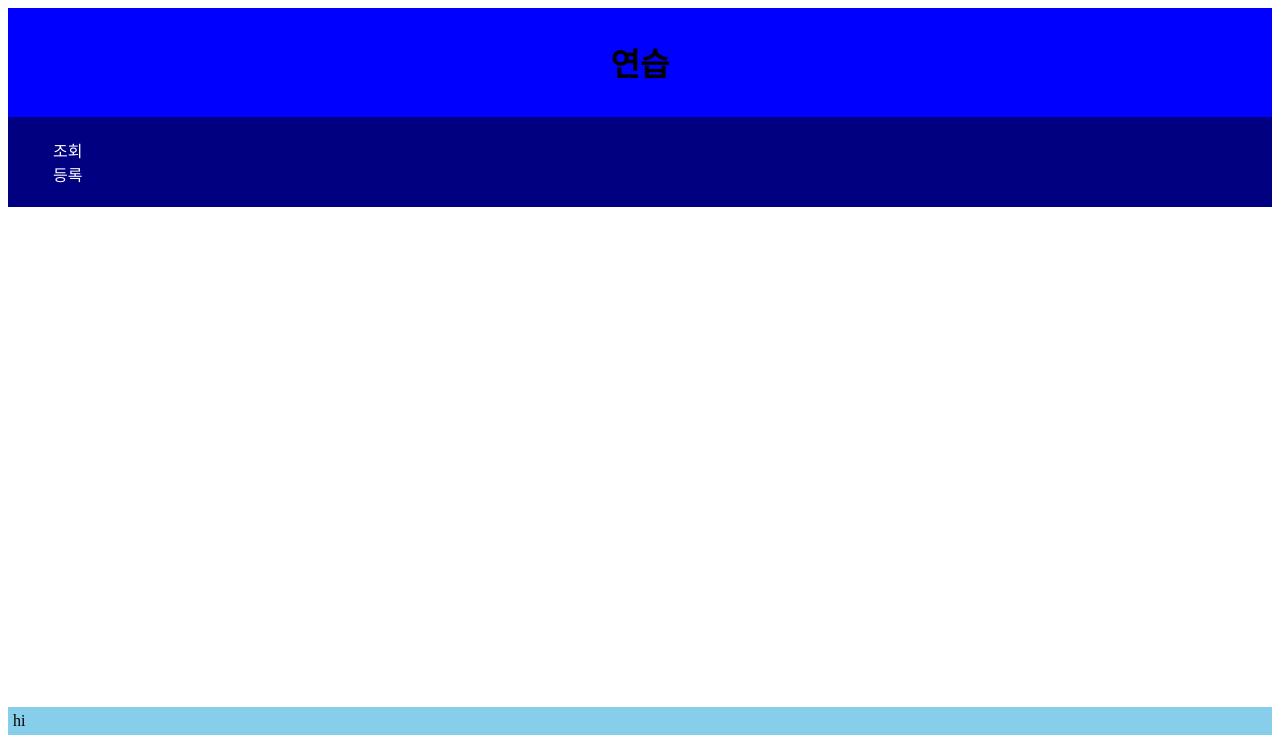
Repository: hoger96/java
Page: http://localhost/HY/
The author's editor kept a copy of each file at every save. The page is drawn from the files as they stood at one save, then again after the next save.
The browser window is 1280 px wide. The pictures show the whole page.
The page is served by Tomcat 9.

Above is the page before, as saved 2023-02-02 06:46:18.

After the next save:
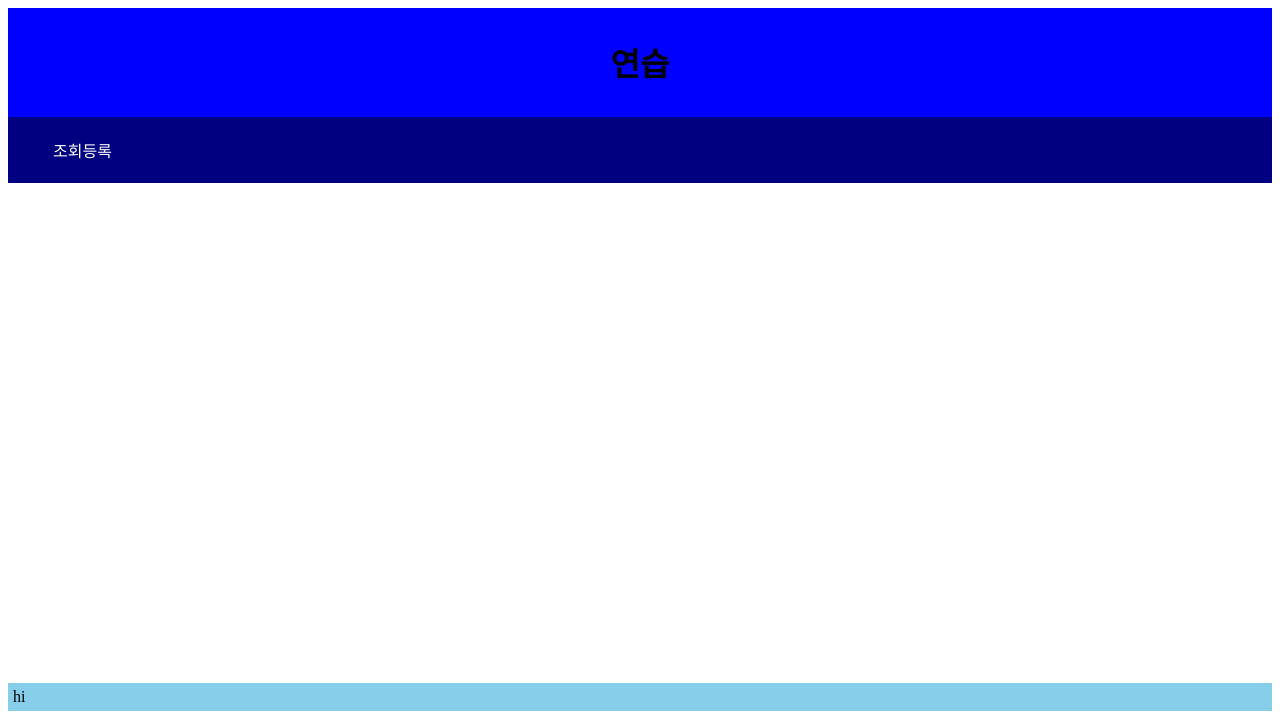
Saved 57 s later.
--- a/HY/src/main/webapp/css/index.css
+++ b/HY/src/main/webapp/css/index.css
@@ -10,6 +10,7 @@ nav{
 }
 ol{
 	list-style: none;
+	display:flex;
 }
 a{
 	text-decoration: none;
